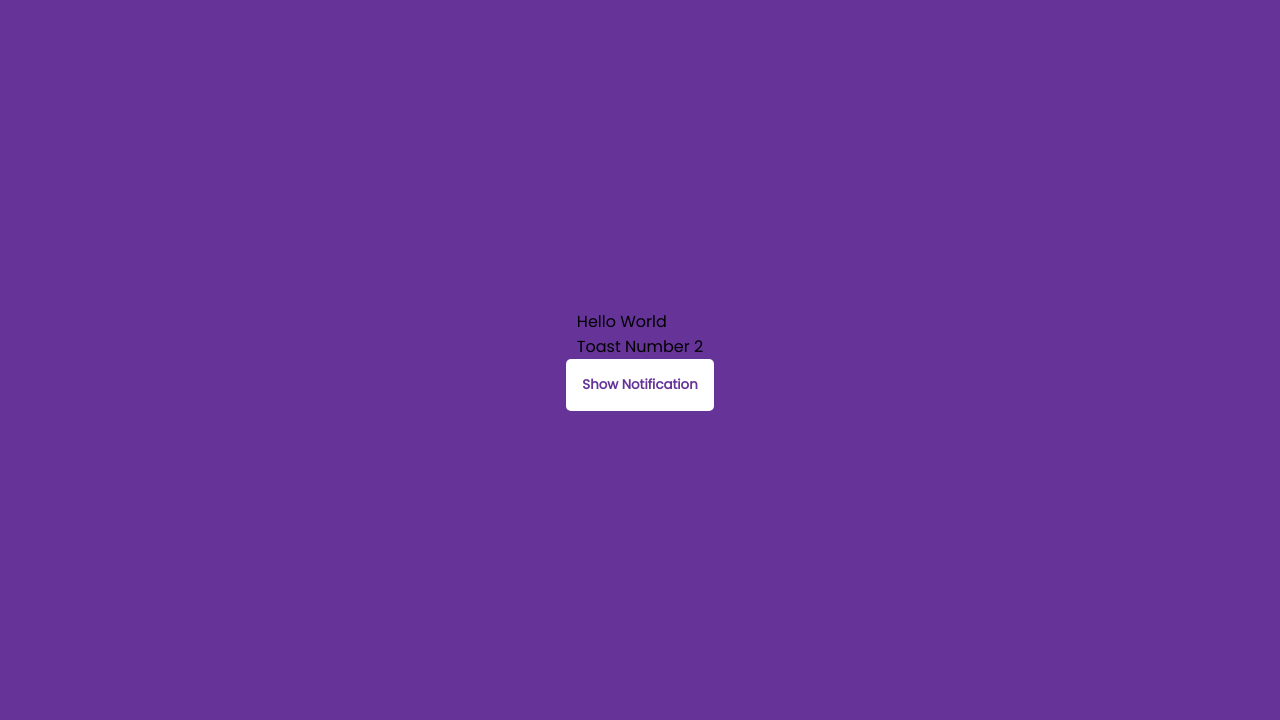
Repository: eagle-tex/50-projects-BT
Page: 27-toast-notification/index.html
These files come from the project's save history. The page is drawn as it stood at one moment and after the next save; the edit follows.
The browser window is 1280 px wide. The pictures show the whole page.

Above is the page before, as saved 2021-01-19 22:08:41.

After the next save:
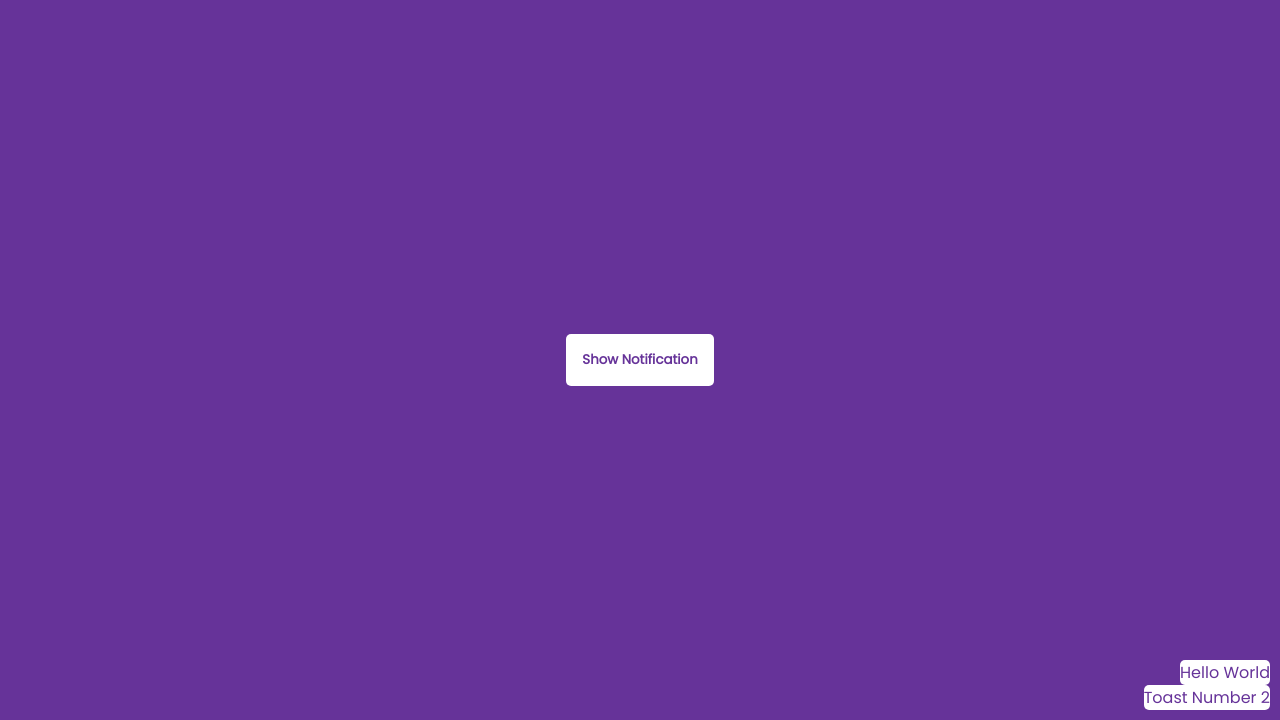
Saved 79 s later.
--- a/27-toast-notification/style.css
+++ b/27-toast-notification/style.css
@@ -42,3 +42,22 @@ body {
   -ms-transform: scale(0.98);
   -o-transform: scale(0.98);
 }
+
+#toasts {
+  position: fixed;
+  bottom: 10px;
+  right: 10px;
+  display: flex;
+  flex-direction: column;
+  align-items: flex-end;
+}
+
+.toast {
+  background-color: #fff;
+  color: rebeccapurple;
+  border-radius: 5px;
+  -webkit-border-radius: 5px;
+  -moz-border-radius: 5px;
+  -ms-border-radius: 5px;
+  -o-border-radius: 5px;
+}
